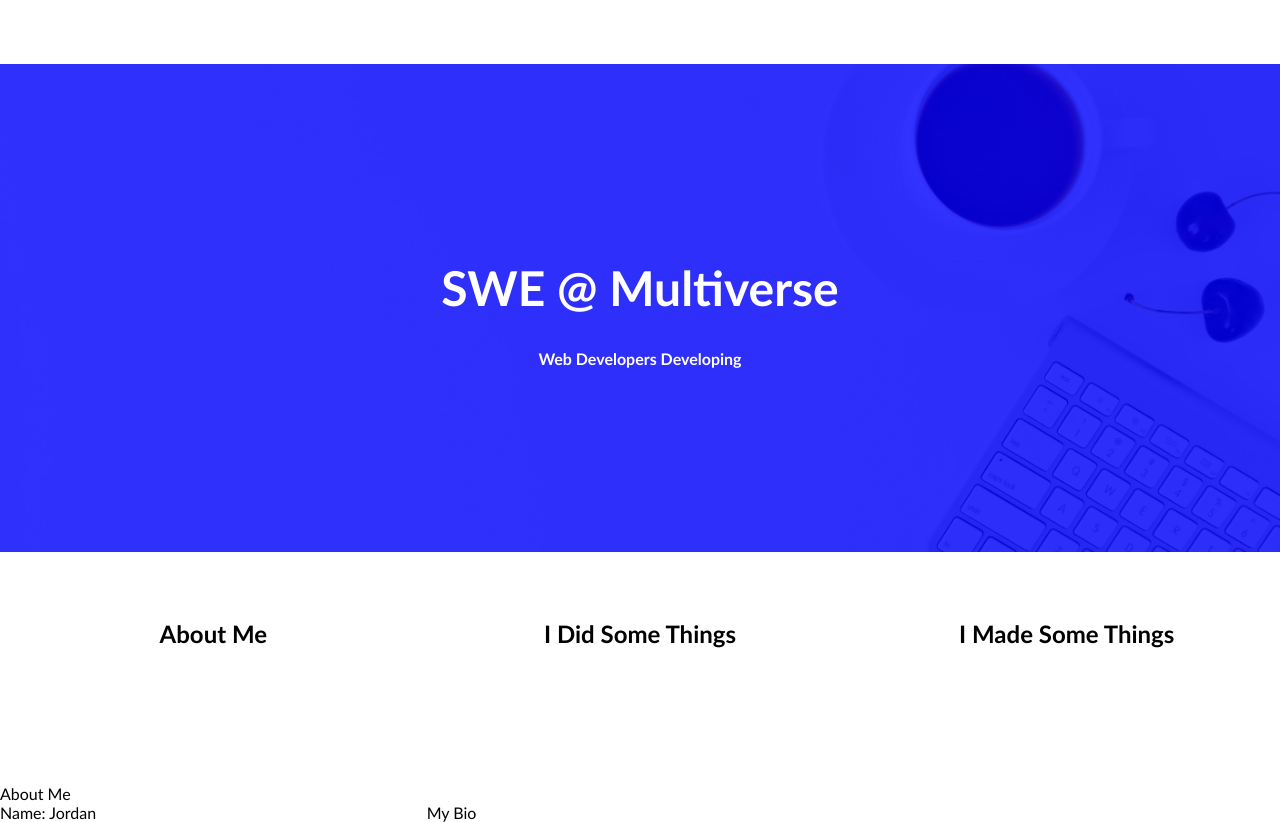
Repository: Scoofster/SWE-Flying-start-bio-website
Page: public/index.html
These files come from the project's save history. The page is drawn as it stood at one moment and after the next save; the edit follows.
The browser window is 1280 px wide. The pictures show the whole page.

Above is the page before, as saved 2022-06-16 14:08:44.

### public/index.html
<!--
You may use this in any way, on any site, all we ask is that you please keep the link(s) crediting the author.   Though this is not mandatory, it is certainly appreciated.
 -->

<!DOCTYPE html PUBLIC "-//W3C//DTD XHTML 1.0 Strict//EN" "http://www.w3.org/TR/xhtml1/DTD/xhtml1-strict.dtd">
<html xmlns="http://www.w3.org/1999/xhtml" xml:lang="en" lang="en">
  <head>
    <title>Blue Bliss by Bryant Smith</title>
    <meta http-equiv="content-type" content="text/html;charset=utf-8" />
    <link rel="stylesheet" type="text/css" href="index.css" />
  </head>
  <body>
    <div id="mainContentArea">
      <div id="hero" class="content-section">
        <div id="hero-overlay"></div>
        <div id="banner-photo"></div>
        <div id="hero-text">
          <h1>SWE @ Multiverse</h1>
          <h4>Web Developers Developing</h4>
        </div>
        <div id="about-me-nav-link" class="nav-link">
          <h2><a href="#about-me">About Me</a></a></h2>
        </div>
        <div id="cv-nav-link" class="nav-link">
          <h2><a href="#cv">I Did Some Things</a></h2>
        </div>
        <div id="porfolio-nav-link" class="nav-link">
          <h2><a href="#portfolio">I Made Some Things</a></h2>
        </div>
      </div>
      <div>About Me</div>
      <div id="about-me" class="content-section">
        <div id="personal-info">Name: Jordan</div>
        <div id="bio">My Bio</div>
      </div>
      <div id="cv" class="content-section"></div>
      <div id="porfolio" class="content-section"></div>
    </div>
  </body>
</html>

### public/index.css

html,body{
    margin:0;
    font-family:'Trebuchet MS', 'Lucida Sans Unicode', 'Lucida Grande', 'Lucida Sans', Arial, sans-serif
    }

.content-section {
    padding: 0%;
    display: grid;
    grid-template-columns: 1fr 1fr 1fr;
}

#hero {
    margin-top: 5%;
    width: calc(100vw-30px);
    height: 100vh;
    text-align: center;
}

#hero-overlay {
    grid-area: 1 /1 / span 2 / span 3;
    opacity: 80%;
    background-color: blue;

}

#banner-photo {
    background-image: url(./imgs/splash_photo.jpg);
    grid-area: 1 /1/ span 2 / span 3;
    background-size:cover;
    background-repeat: no-repeat;
    margin: 0;
}

#hero-text {
    grid-area: 2/2/2/2;
    color: white;

    z-index: 1;
  }

#hero-text > h1 {
    font-size: 300%;
}

.nav-link {
    height: 70%;
    width:100%;
    display:flex;
    align-items: center;
    justify-content: center;
}

.nav-link a {
    color: black;
    text-decoration: none;
    font-size: 100%;
}
  #personal-info {
    grid-area: 1/1/3/1
  }

After the next save:
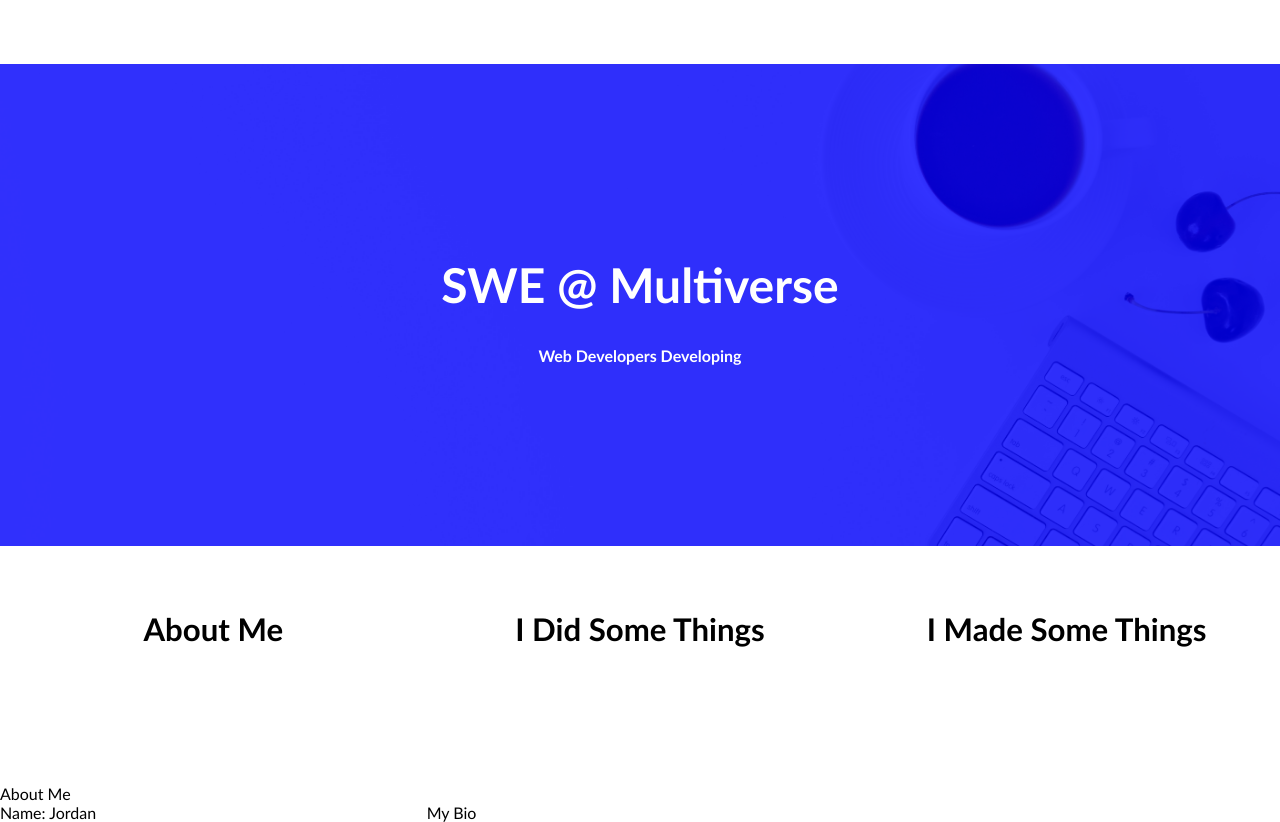
Saved 4 s later.
--- a/public/index.css
+++ b/public/index.css
@@ -54,7 +54,7 @@
 .nav-link a {
     color: black;
     text-decoration: none;
-    font-size: 100%;
+    font-size: 130%;
 }
   #personal-info {
     grid-area: 1/1/3/1
